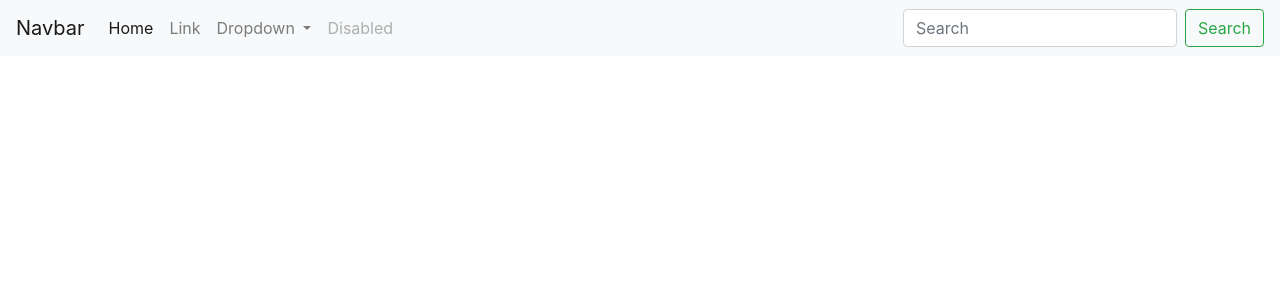
Repository: ClaudiuStoian1229/SimpleWebShop
Page: http://localhost/Simple_shop/
The author's editor kept a copy of each file at every save. The page is drawn from the files as they stood at one save, then again after the next save.
The browser window is 1280 px wide. The pictures show the whole page.
Some web libraries are served in a nearby version. The page is served by Tomcat 9. Other server files are loaded and not shown.

Above is the page before, as saved 2022-03-03 23:55:24.

### Simple_shop/src/main/webapp/index.jsp
<%@ page language="java" contentType="text/html; charset=ISO-8859-1"
    pageEncoding="ISO-8859-1"%>
<!DOCTYPE html>
<html>
<head>
<meta charset="ISO-8859-1">
<title>Welcome to simple web shop!</title>
<link rel="stylesheet" href="https://cdn.jsdelivr.net/npm/bootstrap@4.0.0/dist/css/bootstrap.min.css">
</head>
<body>
<nav class="navbar navbar-expand-lg navbar-light bg-light">
  <a class="navbar-brand" href="#">Navbar</a>
  <button class="navbar-toggler" type="button" data-toggle="collapse" data-target="#navbarSupportedContent" aria-controls="navbarSupportedContent" aria-expanded="false" aria-label="Toggle navigation">
    <span class="navbar-toggler-icon"></span>
  </button>

  <div class="collapse navbar-collapse" id="navbarSupportedContent">
    <ul class="navbar-nav mr-auto">
      <li class="nav-item active">
        <a class="nav-link" href="#">Home <span class="sr-only">(current)</span></a>
      </li>
      <li class="nav-item">
        <a class="nav-link" href="#">Link</a>
      </li>
      <li class="nav-item dropdown">
        <a class="nav-link dropdown-toggle" href="#" id="navbarDropdown" role="button" data-toggle="dropdown" aria-haspopup="true" aria-expanded="false">
          Dropdown
        </a>
        <div class="dropdown-menu" aria-labelledby="navbarDropdown">
          <a class="dropdown-item" href="#">Action</a>
          <a class="dropdown-item" href="#">Another action</a>
          <div class="dropdown-divider"></div>
          <a class="dropdown-item" href="#">Something else here</a>
        </div>
      </li>
      <li class="nav-item">
        <a class="nav-link disabled" href="#">Disabled</a>
      </li>
    </ul>
    <form class="form-inline my-2 my-lg-0">
      <input class="form-control mr-sm-2" type="search" placeholder="Search" aria-label="Search">
      <button class="btn btn-outline-success my-2 my-sm-0" type="submit">Search</button>
    </form>
  </div>
</nav>
<script src="https://code.jquery.com/jquery-3.2.1.slim.min.js"></script>
<script src="https://cdn.jsdelivr.net/npm/popper.js@1.12.9/dist/umd/popper.min.js"></script>
<script src="https://cdn.jsdelivr.net/npm/bootstrap@4.0.0/dist/js/bootstrap.min.js"></script>
</body>
</html>

After the next save:
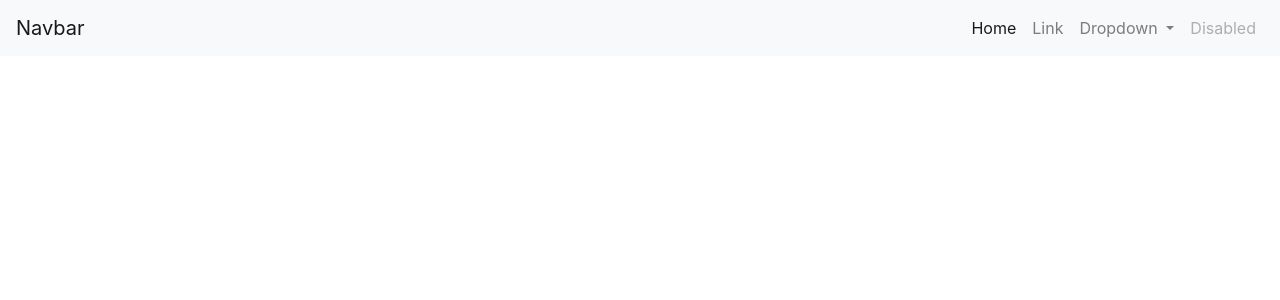
Saved 116 s later.
--- a/Simple_shop/src/main/webapp/index.jsp
+++ b/Simple_shop/src/main/webapp/index.jsp
@@ -15,7 +15,7 @@
   </button>
 
   <div class="collapse navbar-collapse" id="navbarSupportedContent">
-    <ul class="navbar-nav mr-auto">
+    <ul class="navbar-nav ml-auto">
       <li class="nav-item active">
         <a class="nav-link" href="#">Home <span class="sr-only">(current)</span></a>
       </li>
@@ -37,10 +37,7 @@
         <a class="nav-link disabled" href="#">Disabled</a>
       </li>
     </ul>
-    <form class="form-inline my-2 my-lg-0">
-      <input class="form-control mr-sm-2" type="search" placeholder="Search" aria-label="Search">
-      <button class="btn btn-outline-success my-2 my-sm-0" type="submit">Search</button>
-    </form>
+
   </div>
 </nav>
 <script src="https://code.jquery.com/jquery-3.2.1.slim.min.js"></script>
